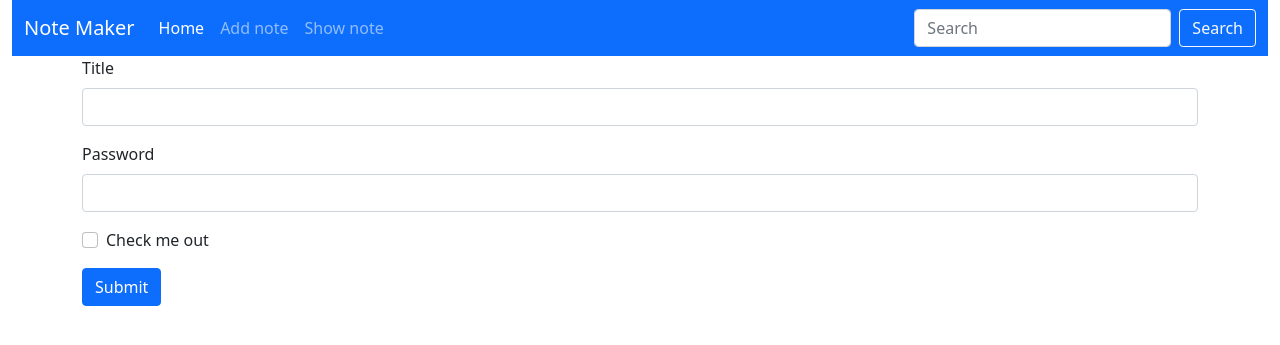
Repository: sachin1830/hibernateproject
Page: http://localhost/com.todolist/add_note.jsp
The author's editor kept a copy of each file at every save. The page is drawn from the files as they stood at one save, then again after the next save.
The browser window is 1280 px wide. The pictures show the whole page.
Some web libraries are served in a nearby version. The page is served by Tomcat 9.

Above is the page before, as saved 2021-01-22 04:20:52.

After the next save:
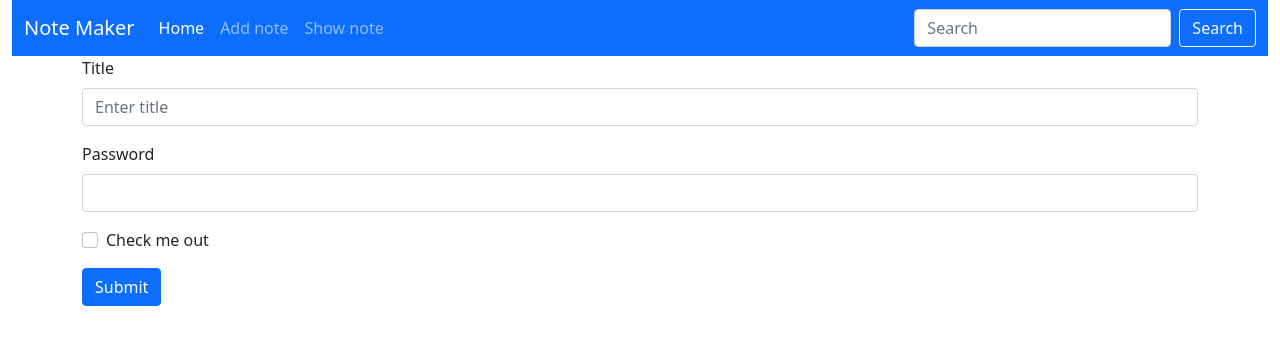
Saved 43 s later.
--- a/com.todolist/src/main/webapp/add_note.jsp
+++ b/com.todolist/src/main/webapp/add_note.jsp
@@ -26,7 +26,7 @@
 			<div class="mb-3">
 				<label for="title" class="form-label">Title</label>
 				<input type="text" class="form-control"
-					id="title">
+					id="title" placeholder="Enter title">
 
 			</div>
 			<div class="mb-3">
